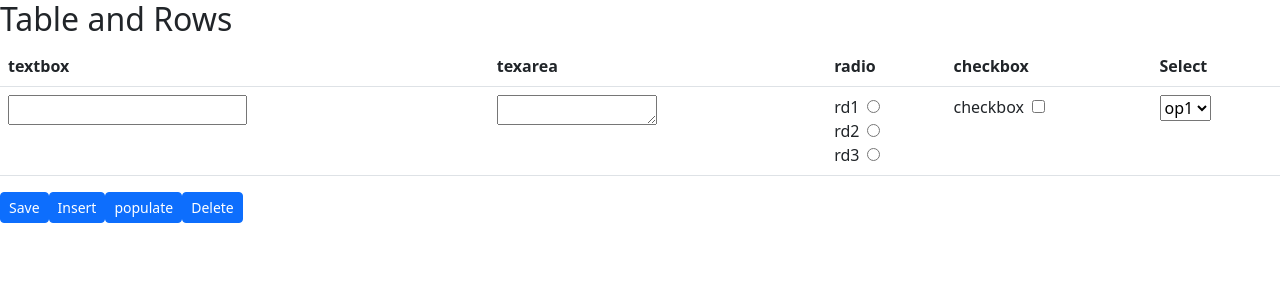
Repository: ishanbassi/iotasol-assignments
Page: /iotasol/work-8
These files come from the project's save history. The page is drawn as it stood at one moment and after the next save; the edit follows.
The browser window is 1280 px wide. The pictures show the whole page.
The project was rebuilt for these pictures with package versions that can differ from the ones it lists, and the page was loaded fresh each time. Some packages were replaced by stand-ins written for this rebuild. The framework's server and built-in components were replaced by stand-ins that run in the browser. Also part of the build but not shown: styles/global.css.

Above is the page before, as saved 2022-11-09 17:35:48.

After the next save:
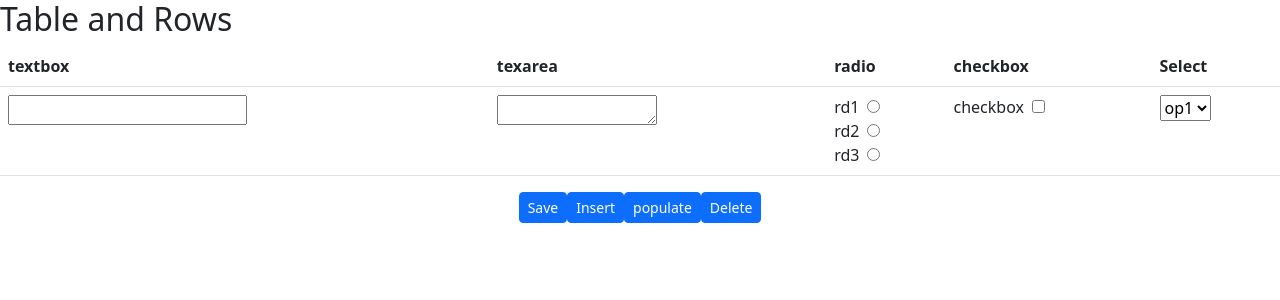
Saved 49 s later.
--- a/pages/iotasol/work-8.tsx
+++ b/pages/iotasol/work-8.tsx
@@ -51,7 +51,7 @@ export default function App() {
                     </tr>
                 </tbody>
             </Table>
-            <div>
+            <div className="action-btns">
                 <Button  variant="primary" size="sm" type="button" name="save">Save</Button>
                 <Button variant="primary" size="sm"  type="button" name="insert">Insert</Button>
                 <Button  variant="primary" size="sm" type="button" name="populate">populate</Button>
@@ -61,7 +61,9 @@ export default function App() {
                     label{
                         padding-right:.5em;
                     }
-
+                    .action-btns{
+                        text-align:center
+                    }
 
                 `}
 
